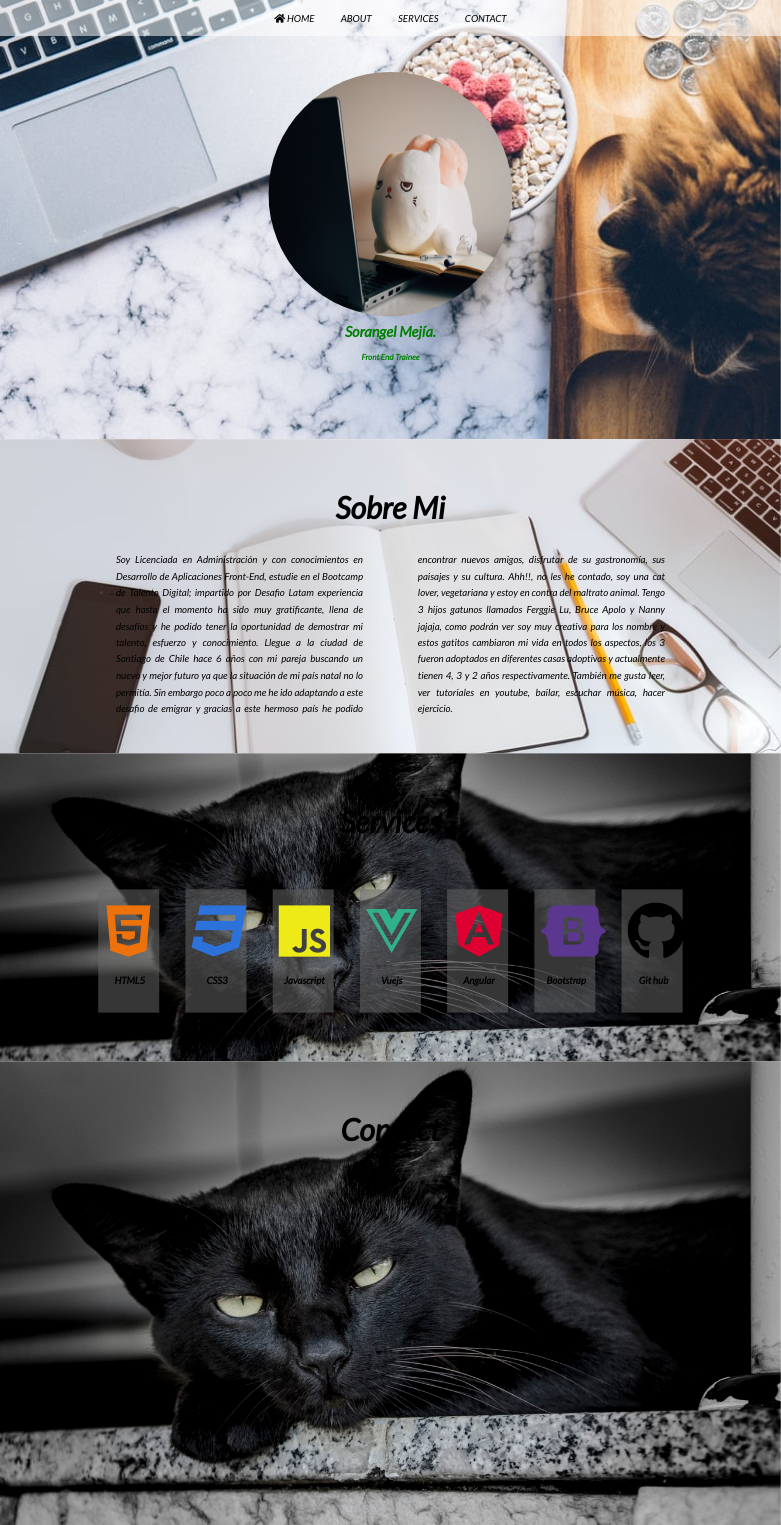
Repository: sory2311/portfolio-css
Page: index.html
These files come from the project's save history. The page is drawn as it stood at one moment and after the next save; the edit follows.
The browser window is 1280 px wide. The pictures show the whole page, at 61% of full size.
Backgrounds fixed to the window are drawn as part of the page. Some web libraries are served in a nearby version.

Above is the page before, as saved 2021-05-27 17:35:22.

### index.html
<!DOCTYPE html>
<html lang="en">
  <head>
    <meta charset="UTF-8" />
    <meta name="viewport" content="width=device-width, initial-scale=1.0" />
    <title>Document</title>
    <link
      rel="stylesheet"
      href="https://cdnjs.cloudflare.com/ajax/libs/font-awesome/5.14.0/css/all.min.css"
    />
    <link
      href="https://fonts.googleapis.com/css2?family=Lato:ital@1&display=swap"
      rel="stylesheet"
    />
    <link rel="stylesheet" href="./css/style.css" />
  </head>

  <body>
    <nav class="sidebar">
      <a href="#home" class="sidebar-item"><i class="fas fa-home"></i> Home</a>
      <a href="#about" class="sidebar-item">About</a>
      <a href="#services" class="sidebar-item">Services</a>
      <a href="#contact" class="sidebar-item">Contact</a>
      <a href="javscript:void(0)" class="close"><i class="fa fa-times"></i></a>
    </nav>
    <a href="javscript:void(0)" class="open"><i class="fa fa-bars"></i></a>

    <!--aqui comienza el home-->
    <header id="home">
      <img src="./img/avatar2.jpeg" alt="Mi foto" class="avatar" />
      <h2 class="header-name">Sorangel Mejía.</h2>
      <h5 class="header-title">Front End Trainee</h5>
    </header>

    <!--aqui comienza el acerca de:-->
    <section id="about">
      <div class="container">
        <h1 class="section-title">Sobre Mi</h1>
        <p class="about-content">
          Soy Licenciada en Administración y con conocimientos en Desarrollo de Aplicaciones Front-End,
          estudie en el Bootcamp de Talento Digital; impartido por Desafio Latam
          experiencia que hasta el momento ha sido muy gratificante, llena de
          desafíos y he podido tener la oportunidad de demostrar mi
          talento, esfuerzo y conocimiento. Llegue a la ciudad de Santiago de Chile hace 6 años con mi pareja buscando un nuevo y mejor futuro
          ya que la situación de mi país natal no lo permitía. Sin embargo poco a poco me he ido adaptando a
          este desafio de emigrar y gracias a este hermoso país he podido encontrar nuevos amigos, disfrutar
          de su gastronomía, sus paisajes y su cultura.
          Ahh!!, no les he contado, soy una cat lover, vegetariana y estoy en contra del maltrato animal.
                    Tengo 3 hijos gatunos llamados Ferggie Lu, Bruce Apolo y Nanny jajaja, como podrán ver soy muy
                    creativa para los nombre y estos gatitos cambiaron mi vida en todos los aspectos, los 3
                    fueron
                    adoptados en diferentes casas adoptivas y actualmente tienen 4, 3 y 2 años respectivamente.
                    También me gusta leer, ver tutoriales en youtube, bailar, escuchar música, hacer
                    ejercicio.
        </p>
      </div>
    </section>
    <!--aqui comienza el servicios-->
    <section id="services">
      <div class="container">
        <h1 class="section-title">Services</h1>
        <div class="card">
          <i class="fab fa-html5 fa-6x icon-html5"></i>
          <div class="container">
            <h4 class="title">HTML5</h4>
          </div>
        </div>
        <div class="card">
          <i class="fab fa-css3 fa-6x icon-css3"></i>
          <div class="container">
            <h4 class="title">CSS3</h4>
          </div>
        </div>
        <div class="card">
          <i class="fab fa-js fa-6x icon-js"></i>
          <div class="container">
            <h4 class="title">Javascript</h4>

          </div>
        </div>
        <div class="card">
                <i class="fab fa-vuejs fa-6x icon-vuejs"></i>
                <div class="container">
                  <h4 class="title">Vuejs</h4>
                </div>
              </div>
              <div class="card">
                <i class="fab fa-angular fa-6x icon-angular"></i>
                <div class="container">
                  <h4 class="title">Angular</h4>

                </div>
              </div>
              <div class="card">
                    <i class="fab fa-bootstrap fa-6x icon-bootstrap"></i>
                    <div class="container">
                      <h4 class="title">Bootstrap</h4>

                    </div>
                  </div>
                  <div class="card">
                        <i class="fab fa-github fa-6x icon-github"></i>
                        <div class="container">
                          <h4 class="title">Git hub</h4>

                        </div>
                      </div>
      </div>
    </section>

    <!--aqui comienza el contacto-->
    <section id="contact">
      <div class="container">
        <h1 class="section-title">Contact</h1>

      </div>
    </section>

    <script src="./js/main.js"></script>
  </body>
</html>

### css/style.css
body {
   margin: 0;
   font-family: 'Lato';
}
/* aqui comienza el SIDEBAR*/

.sidebar {
    background-color: #ffffff88;
    overflow: hidden;
    position: fixed;
    text-align: center;
    top: 0;
    width: 100%;
    z-index: 3;
}

.sidebar .sidebar-item {
    color: black;
    font-size: 1em;
    padding: 20px;
    margin: 0 auto;
    text-decoration: none;
    text-transform: uppercase;
    display: inline-block;
}

.sidebar .sidebar-item:hover {
    background-color: #cccccc;

}

.sidebar .close {
    color: black;
    display: none;
    font-size: 1em;
    padding: 10px;
    position: absolute;
    top: 0;
    right: 30px;

}
.sidebar .close:hover {
    color: #3e34cc;
}

.open {
    color: #3e34cc;
    display: none;
    font-size: 1em;
    position: absolute;
    right: 12%;
    padding: 10px;
    top: 0;
    z-index: 2;
}
/* aqui TERMINA el SIDEBAR*/

/* aqui COMIENZA el HOME*/

#home {
    width: 100%;
    height: 100vh;
    display: flex;
    flex-direction: column;
    justify-content: center;
    align-items: center;
    background-attachment: fixed;
    background-image: url(../img/fondo/fondo7.jpeg);
    background-position: center center;
    background-size: cover;
}

#home .avatar {
    border-radius: 200px;
    width:400px;
    height:400px;



}
#home .header-name, #home .header-title{
text-align: center;
margin: 10px;
color: green;
}

/* aqui Termina el HOME*/


/* ---------  aqui COMIENZA el ABOUT*/

#about {
    width: 100%;
    height: auto;
    text-align: center;
    background-attachment: fixed;
    background-image: url(../img/fondo/fondo4.jpeg);
    background-position: center center;
    background-size: cover;

}

#about .container {
    width: 100%;
    max-width: 1200px;
    margin: 0 auto;
    padding-top: 40px;
    padding-bottom: 40px;
}

#about .container .about-content{
    text-align: justify;
    column-count: 2;
    column-gap: 10%;
    margin: 20px auto;
    line-height: 1.7em;
    width: 75%;
}
/* ------------  aqui Termina el ABOUT    */


 /* LA SESION TITLE SE REFERIERE A TODOS NUESTROS H1*/
 .section-title {
     font-size: 50px;
     color: black;
     text-align: center;
 }
 /* LA SESION TITLE SE REFERIERE A TODOS NUESTROS H1*/


/* ------------  aqui COMIENZA el SERVICES   */

 #services {
     width: 100%;
     background-attachment: scroll;
     background-position: center center;
     background-size: cover;
     background-image: url(../img/fondo/fondo3.jpeg);
 }

 #services .container{
    width: 100%;
    max-width: 1200px;
    margin: 0 auto;
    text-align: center;
    padding-top: 40px;
    padding-bottom: 40px;
 }

 #services .container .card{
     background-color: #66666688;
     box-shadow: 0 4px 8px 0 #00000011;
     display: inline-block;
     margin: 40px 20px;
     padding: 20px 10px;
     width: 80px;
     text-align: center;
 }

 #services .container .card .container{
     padding: 2px;
     text-align: center;
 }

 #services .container .card .container h4,
 #services .container .card .container p {
    text-align: center;
    display: block;
 }

 #services .container .card .icon-html5 {
color: rgb(238, 114, 12)
 }

 #services .container .card .icon-css3 {
     color: rgb(45, 114, 218)
}
#services .container .card .icon-js {
    color: rgb(238, 234, 24)
}

#services .container .card .icon-vuejs {
    color: #31b189;
}

#services .container .card .icon-bootstrap {
    color: #5b3791fb;
}
#services .container .card .icon-angular {
    color: #DD0031;
}
/* ------------  aqui COMIENZA el CONTACTOS   */
#contact {
    width: 100%;
    height: auto;
    text-align: center;
    background-attachment: fixed;
    background-image: url(../img/fondo/fondo3.jpeg);
    background-position: center center;
    background-size: cover;
}

#contact .container {
    width: 100%;
    height: 100vh;
    padding-top: 40px;
    /*background-color: #ffffffdd;*/
    text-align: center;
}

/*#contact .container .section-title {
    color: #ffffff;
}*/

#contact .container form{
    width: 600px;
    margin:  0 auto;
    text-align: center;
}

#contact .container form .form-input{
    background-color: #ffffff44;
    border: 0;
    border-bottom: 1px solid #ffffff;
    border-radius: 10px;
    color: #000000;
    display: block;
    margin: 10px;
    padding: 10px;
    width: 100%;
}
 .button{
     border: 3px solid #3e34cc;
     border-radius: 10px;
     display: block;
     background-color: #087966;
     padding: 20px;
     margin: 0 10px;
     width: 620px;
     color: #3e34cc88;
     text-transform: uppercase;
     font-size: .8em;
 }

.button:hover{
    background-color: #fff8;
    color: #000000;
}

/*PARA TRABAJAR CON MEDIA QUERIES*/

@media only screen and (min-width: 375px) and (max-width: 410px) {
    #home .avatar {
        width: 50%;
    }

    #about .container .about-content {
        text-align: justify;
        column-count: 1;
        margin: 20px auto;
        line-height: 1.7em;
        width: 75%;
    }
    #contact .container form {
        width: 75%;
        margin: 0 auto;
        text-align: center;
    }

    #contact .container form .form-input {
        background-color: #ffffff44;
        border: 0;
        border-bottom: 1px solid #fff;
        border-radius: 10px;
        color: #000;
        display: block;
        margin: 10px;
        padding: 10px;
        width: 100%;
    }

    #contact .container form .form-button {
        border: 3px solid #3e34cc88;
        border-radius: 10px;
        display: block;
        background-color: #000;
        padding: 20px;
        margin: 0 10px;
        width: 100%;
        color: #3e34cc88;
        text-transform: uppercase;
        font-size: .8em;
    }
}

@media only screen and (min-width: 411px) and (max-width: 767px) {
    .sidebar {
        background-color: #3e34cc;
        height: 100%;
        padding-top: 40px;
        position: fixed;
        overflow-x: hidden;
        text-align: center;
        top: 0;
        transition: .5s;
        width: 0;
        z-index: 3;
    }

    .sidebar .sidebar-item {
        padding: 10px 0;
        margin: 0 auto;
        text-decoration: none;
        color: #fff;
        font-size: .8em;
        text-transform: uppercase;
        display: block;
        transition: .5s;
    }

    .sidebar .close {
        display: block;
        z-index: 3;
    }

    .open {
        display: block;
        font-size: 1em;
        z-index: 2;
    }

    #home .avatar {
        width: 75%;
    }

    #about .container .about-content {
        text-align: justify;
        column-count: 1;
        margin: 20px auto;
        line-height: 1.7em;
        width: 75%;
    }



}

@media only screen and (min-width: 768px) and (max-width: 1024px) {

    .sidebar {
        background-color: #3e34cc;
        height: 100%;
        padding-top: 40px;
        position: fixed;
        overflow-x: hidden;
        text-align: center;
        top: 0;
        transition: .5s;
        width: 0;
        z-index: 3;
    }

    .sidebar .sidebar-item {
        padding: 10px 0;
        margin: 0 auto;
        text-decoration: none;
        color: #fff;
        font-size: .8em;
        text-transform: uppercase;
        display: block;
        transition: .5s;
    }

    .sidebar .close {
        display: block;
        z-index: 3;
    }

    .open {
        position: fixed;
        display: block;
        font-size: 1em;
        z-index: 2;
    }

    #home .avatar {
        width: 300px;
    }
}

Loaded but not shown: js/main.js (no copy from this time; the picture is the same without it)

After the next save:
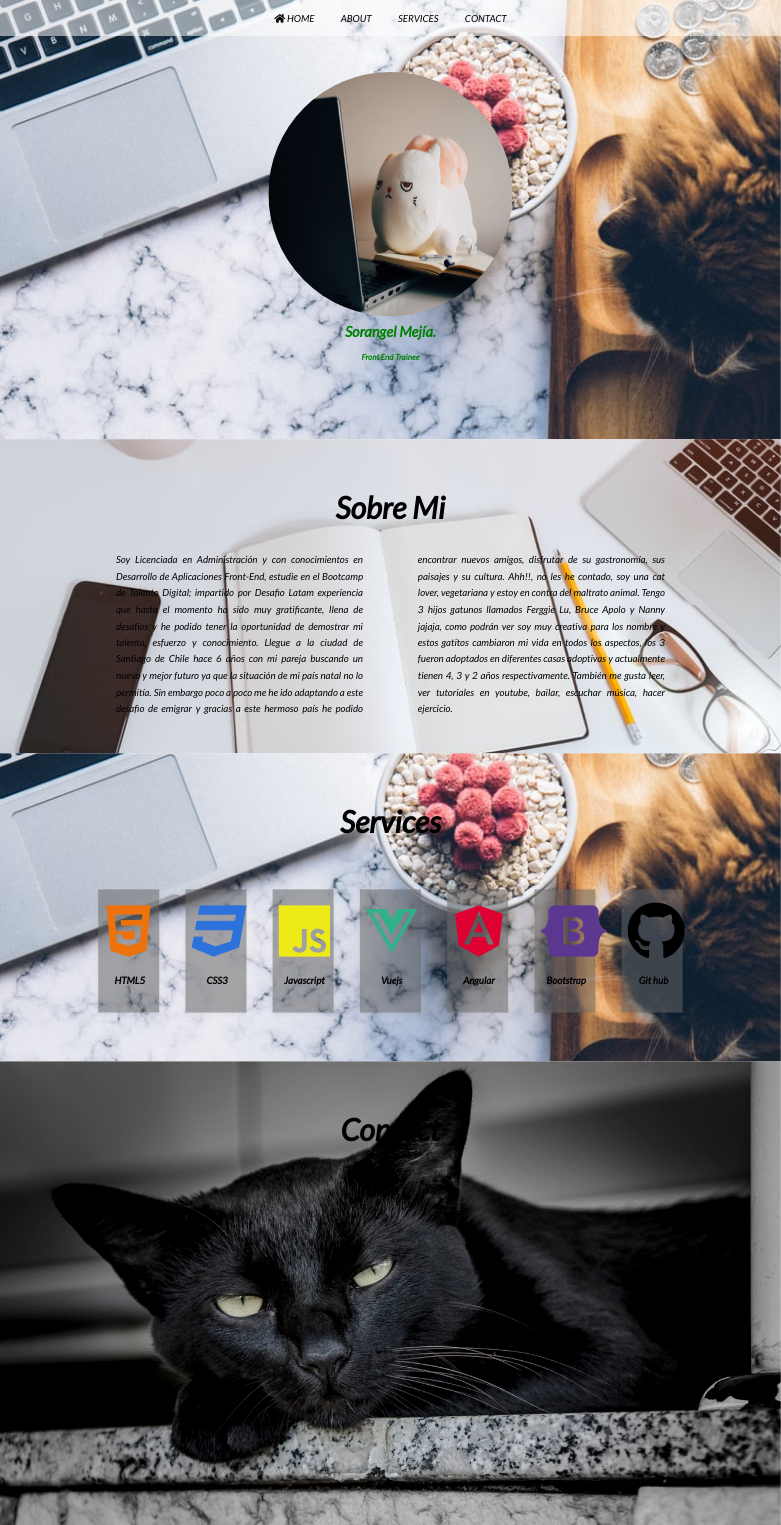
Saved 4 min 2 s later.
--- a/css/style.css
+++ b/css/style.css
@@ -135,7 +135,7 @@
      background-attachment: scroll;
      background-position: center center;
      background-size: cover;
-     background-image: url(../img/fondo/fondo3.jpeg);
+     background-image: url(../img/fondo/fondo7.jpeg);
  }
 
  #services .container{
